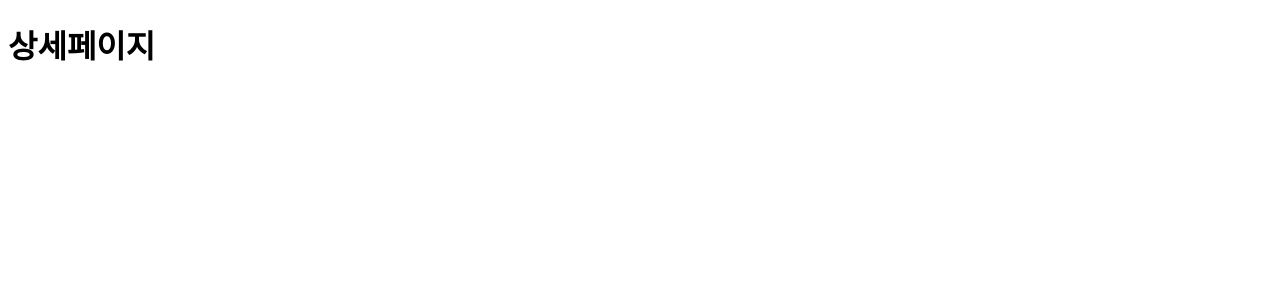
Repository: yangone8249/jsp_project
Page: http://localhost/jsp_project/board/detail.jsp
The author's editor kept a copy of each file at every save. The page is drawn from the files as they stood at one save, then again after the next save.
The browser window is 1280 px wide. The pictures show the whole page.
The page is served by Tomcat 9. Other server files are loaded and not shown.

Above is the page before, as saved 2023-05-16 06:43:24.

### jsp_project2/jsp_project/src/main/webapp/board/detail.jsp
<%@ page language="java" contentType="text/html; charset=UTF-8"
    pageEncoding="UTF-8"%>
<!DOCTYPE html>
<html>
<head>
<meta charset="UTF-8">
<title>상세페이지</title>
</head>
<body>
	<h1>상세페이지</h1>
</body>
</html>

After the next save:
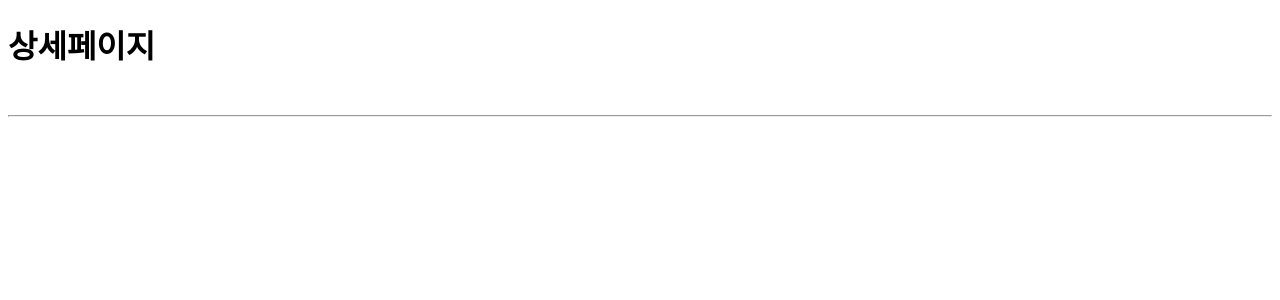
Saved 4 min 1 s later.
--- a/jsp_project2/jsp_project/src/main/webapp/board/detail.jsp
+++ b/jsp_project2/jsp_project/src/main/webapp/board/detail.jsp
@@ -8,5 +8,11 @@
 </head>
 <body>
 	<h1>상세페이지</h1>
+	<br><hr><br>
+
+
+
+
+
 </body>
 </html>
